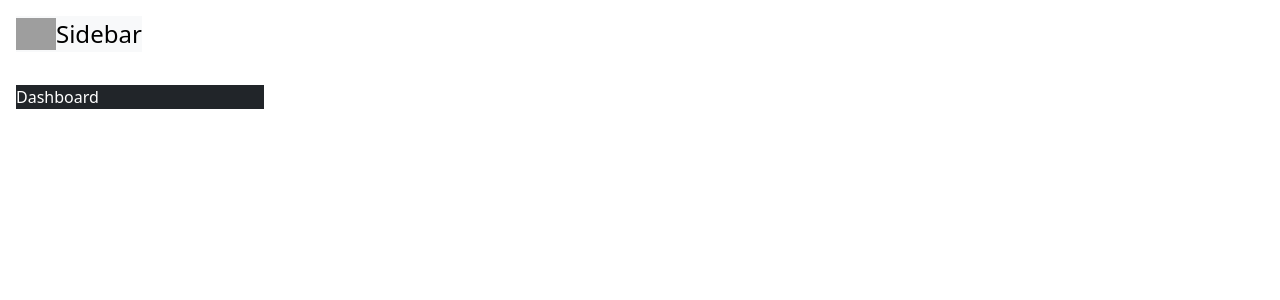
Repository: ahmad-dev7/TrendWear
Page: / (app in trend_wear_dashboard/)
An editor plug-in stored every save of this project. The page is shown before and after the next save, followed by the edit.
The browser window is 1280 px wide. The pictures show the whole page.
Pictures or frames that could not be fetched are drawn as grey boxes. The project was rebuilt for these pictures with package versions that can differ from the ones it lists, and the page was loaded fresh each time. Also part of the build but not shown: trend_wear_dashboard/vite.config.ts.

Above is the page before, as saved 2025-01-19 12:59:13.

After the next save:
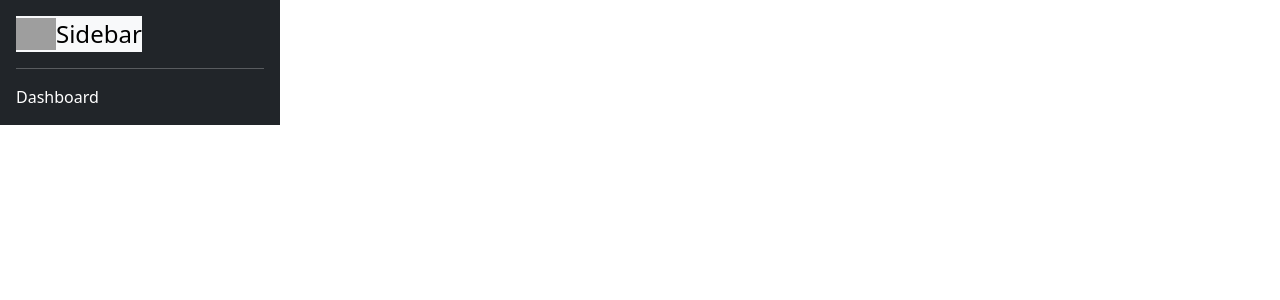
Saved 25 s later.
--- a/trend_wear_dashboard/src/Sections/Sidebar.tsx
+++ b/trend_wear_dashboard/src/Sections/Sidebar.tsx
@@ -1,7 +1,7 @@
 const Sidebar = () => {
   return (
     <div
-      className="d-flex flex-column flex-shrink-0 p-3 text-white"
+      className="d-flex flex-column flex-shrink-0 p-3 text-white bg-dark"
       style={{ width: 280 }}
     >
       <a
